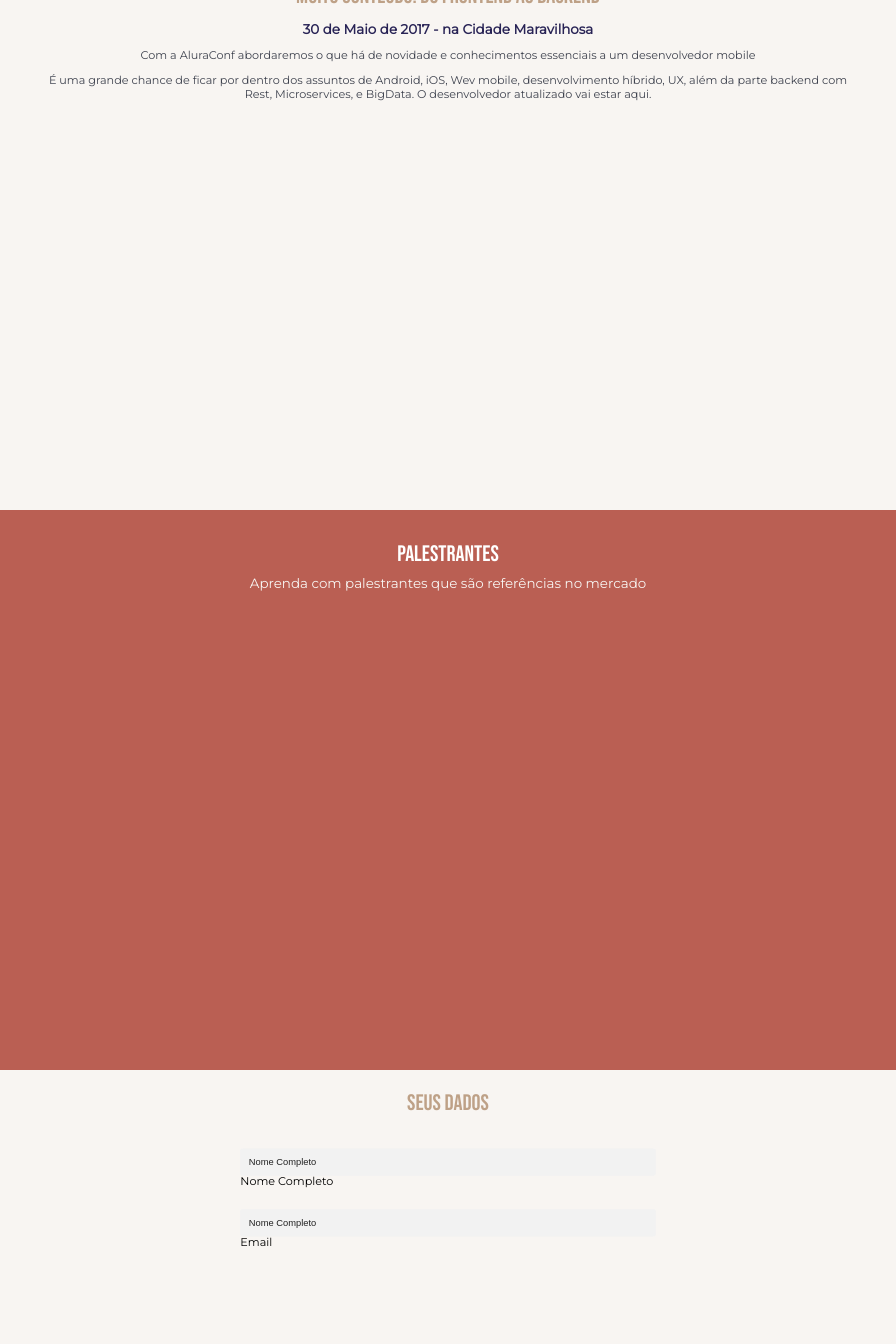
Repository: tomoliveira1/aluraconf
Page: index.html
An editor plug-in stored every save of this project. The page is shown before and after the next save, followed by the edit.
The browser window is 1280 px wide. The pictures show the part of the page from y = 792 to 2712 px (the page is 2712 px tall), at 70% of full size.

Above is the page before, as saved 2021-10-12 19:37:26.

### index.html
<!-- PROJETO FINAL - ALURACONF -->

<!DOCTYPE html>
<html lang="pt-br">
  <head>
    <meta charset="UTF-8" />
    <meta http-equiv="X-UA-Compatible" content="IE=edge" />
    <meta name="viewport" content="width=device-width, initial-scale=1.0" />
    <title>AluraConf</title>

    <link rel="stylesheet" href="/aluraconf/css/reset.css" />
    <link rel="stylesheet" href="/aluraconf/css/base.css" />

    <link rel="stylesheet" href="aluraconf/css/header.css" />
    <link rel="stylesheet" href="aluraconf/css/about.css" />
    <link rel="stylesheet" href="aluraconf/css/palestrantes.css" />
    <link rel="stylesheet" href="aluraconf/css/form.css" />

    <link rel="preconnect" href="https://fonts.googleapis.com" />
    <link rel="preconnect" href="https://fonts.gstatic.com" crossorigin />
    <link
      href="https://fonts.googleapis.com/css2?family=Bebas+Neue&family=Montserrat:wght@300;400&display=swap"
      rel="stylesheet"
    />
  </head>
  <body>
    <header class="header container">
      <nav class="header_nav">
        <ul>
          <li class="header_link"><a href="">Sobre</a></li>
          <li class="header_link"><a href="">Palestrantes</a></li>
        </ul>
      </nav>

      <h1 class="header_title">AluraConf</h1>
      <h1 class="header_subtitle">30 Maio|Rio</h1>

      <a class="header_button button" href="#">Inscreva-se</a>
    </header>

    <main>
      <section class="about container">
        <h1>Muito conteúdo: do frontend ao backend</h1>
        <h2>30 de Maio de 2017 - na Cidade Maravilhosa</h2>
        <p>
          Com a AluraConf abordaremos o que há de novidade e conhecimentos
          essenciais a um desenvolvedor mobile
        </p>
        <p>
          É uma grande chance de ficar por dentro dos assuntos de Android, iOS,
          Wev mobile, desenvolvimento híbrido, UX, além da parte backend com
          Rest, Microservices, e BigData. O desenvolvedor atualizado vai estar
          aqui.
        </p>
      </section>

      <section class="palestrantes container">
        <h1>Palestrantes</h1>
        <h2>Aprenda com palestrantes que são referências no mercado</h2>
      </section>

      <section class="form container">
        <h1>seus dados</h1>
        <div class="">
          <form>
            <label class="custom_field">
              <input
                class="form_input"
                type="text"
                id="nome"
                placeholder="Nome Completo"
              />
              <span class="placeholder">Nome Completo</span>
            </label>

            <label class="custom_field">
              <input
                class="form_input"
                type="text"
                id="email"
                placeholder="Nome Completo"
              />
              <span class="placeholder">Email</span>
            </label>
          </form>
        </div>
      </section>
    </main>
  </body>
</html>

### aluraconf/css/base.css
/* Cores */
:root {
  --white: #fff;
  --beige: #bea187;
  --light-beige: #F8F5F2;
  --red: #eb4b36;
  --bg-orange: #BA5F53;
  --bg-color-darker: #282355;
  --bg-color-lighter: #533a8a;
  --text-color: #3f434f;
  --button: #5fa3a3;
  --clr-primary: #651fff;
  --clr-gray: #37474f;
  --clr-gray-light: #b0bec5;
  --input: #f2f2f2;

  --bebas-neue: "Bebas Neue", cursive;
  --montserrat: "Montserrat", sans-serif;
}

body {
  font-family: "Bebas Neue", cursive;
  font-family: "Montserrat", sans-serif;
}

.container {
  padding-right: 6%;
  padding-left: 6%;
}

.button {
  background-color: var(--button);
  color: var(--white);
  font-weight: 600;
  text-align: center;
  display: block;
  max-width: 350px;
  box-sizing: border-box;
  padding: 1rem 2rem;
  border-radius: 5px;
}

### aluraconf/css/header.css
.header {
  background-image: linear-gradient(var(--bg-color-darker), var(--bg-color-lighter) );

  width: 100%;
  min-height: 100vh;

  box-sizing: border-box;

  display: flex;
  flex-direction: column;
  align-items: center;

  padding-top: 0.75rem;
  padding-bottom: 0.75rem;
}

.header_nav {
  text-align: center;
}

.header_link {
  color: var(--white);
  font-size: 1rem;
  font-weight: 600;

  display: inline-block;

  margin-right: 0.7rem;
  margin-bottom: 4rem;
  margin-left: 0.7rem;

  padding: 0.75rem 1.25rem;
}

.header_title {
  font-family: "Bebas Neue", cursive;
  color: var(--white);
  font-size: 5rem;
}

.header_subtitle {
  font-family: "Bebas Neue", cursive;
  font-size: 3.5rem;
  color: var(--red);
  margin-bottom: 6rem;
}

.header_button {
  width: 100%;
}

@media screen {
}

### aluraconf/css/about.css
.about {
  background-color: var(--light-beige);
  min-height: 100vh;
  padding: 3rem 5% 2rem;
  line-height: 1.2;
}

.about h1 {
  font-family: "Bebas Neue", cursive;
  color: var(--beige);
  text-transform: uppercase;
  text-align: center;
  font-size: 2rem;
  margin-bottom: 1rem;
}

.about h2 {
  color: var(--bg-color-darker);
  font-family: "Montserrat", sans-serif;
  font-weight: bold;
  text-align: center;
  font-size: 1.2rem;
  margin-bottom: 1rem;
}

.about p {
  color: var(--text-color);
  width: 100%;
  display: block;
  text-align: center;
  margin-bottom: 1rem;
  margin-right: 0;
}

### aluraconf/css/palestrantes.css


.palestrantes {
    background-color: var(--bg-orange);
    min-height: 100vh;
    padding: 3rem 5% 2rem;
}

h1 {
    font-family: "Bebas Neue", cursive;
    color: var(--white);
    text-transform: uppercase;
    text-align: center;
    font-size: 2rem;
    margin-bottom: 1rem;
}

h2 {
    font-family: var(--montserrat);
    color: var(--light-beige);
    text-align: center;
    font-size: 1.2rem;
    margin-bottom: 1rem;
}

### aluraconf/css/form.css
.form {
    display: flex;
    flex-direction: column;
    background-color: var(--light-beige);
    min-height: 50vh;
    padding-top: 2rem;
    align-items: center;
}

.form h1 {
    font-family: "Bebas Neue", cursive;
    color: var(--beige);
    text-transform: uppercase;
    text-align: center;
    font-size: 2rem;
    margin-bottom: 1rem;
}

.form_input {
    width: 100%;
    box-sizing: border-box;
    border: none;
    appearance: none;
    background: var(--input);
    padding: 12px;
    border-radius: 3px;
    margin-top: 2rem;
    outline: none;
}

input:focus::placeholder {
    color: transparent;
}

input::placeholder {
    color: #222;
    transition: color 0.3s ease;
}

Loaded but not shown: aluraconf/css/reset.css (common file)

After the next save:
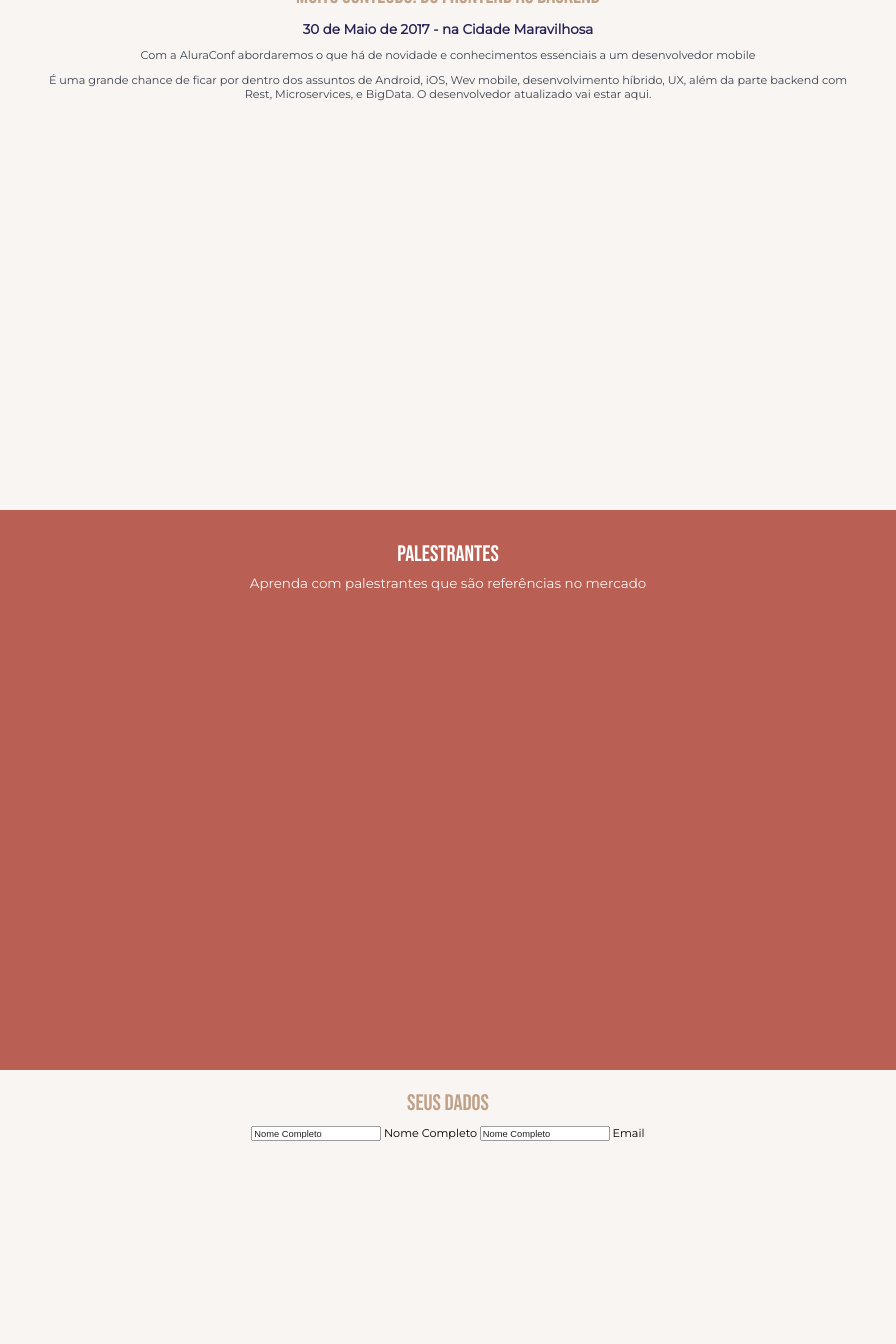
Saved 58 s later.
--- a/aluraconf/css/form.css
+++ b/aluraconf/css/form.css
@@ -16,7 +16,7 @@
     margin-bottom: 1rem;
 }
 
-.form_input {
+.custrom_field .form_input {
     width: 100%;
     box-sizing: border-box;
     border: none;

After the save that followed:
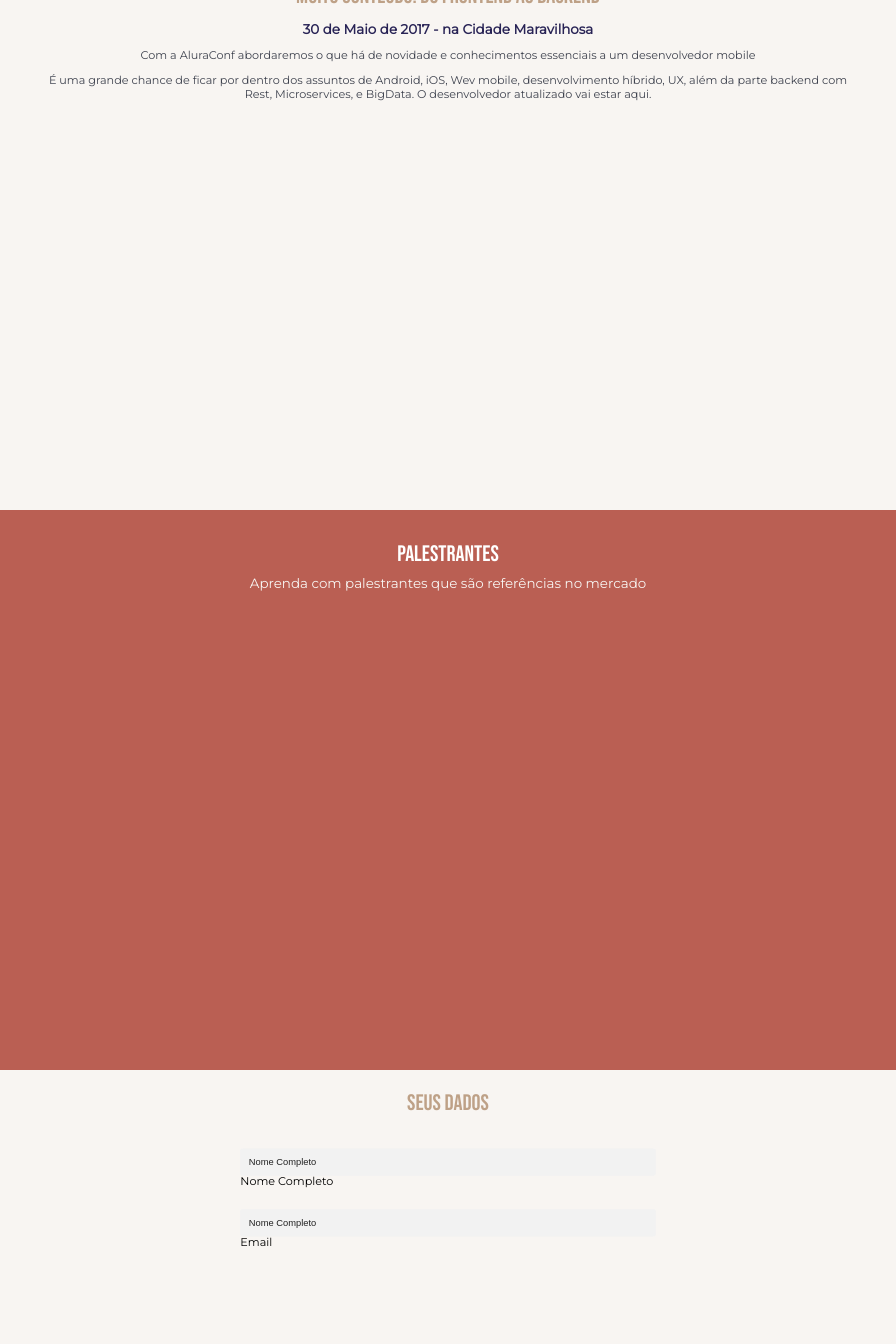
Saved 7 s later.
--- a/aluraconf/css/form.css
+++ b/aluraconf/css/form.css
@@ -16,7 +16,7 @@
     margin-bottom: 1rem;
 }
 
-.custrom_field .form_input {
+.form_input {
     width: 100%;
     box-sizing: border-box;
     border: none;
